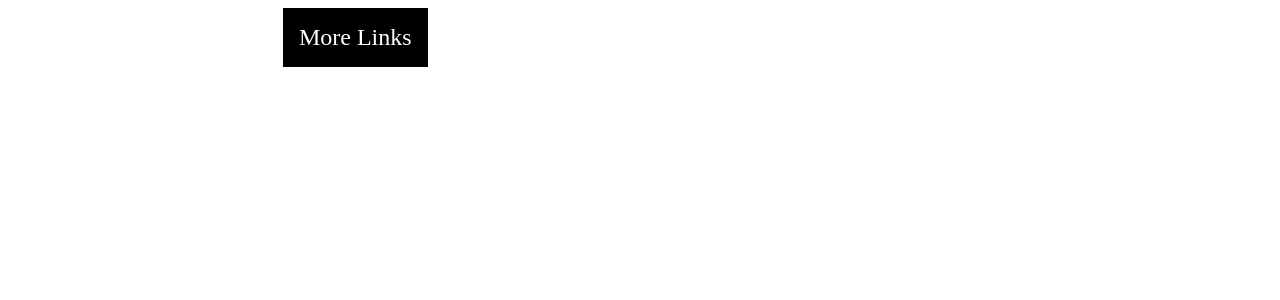
Repository: Artlepop/Artlepop.github.io
Page: index.html
The author's editor kept a record of every edit. The page is drawn from the files as they stood at one moment, then again after the next edit.
The browser window is 1280 px wide. The pictures show the whole page.

Above is the page before.

### index.html
<!DOCTYPE html>
<html>
  <head>

    <title>repl.it</title>

    <style>
      .navbar{
        background-color: black;
        width: 100%;
      }

      .navbar a{
        color: white;
        font-size: 24px;
        text-decoration: none;
        padding:16px;
        float:left;
      }

      .morelinks{
        color: White;
        font-size: 24px;
        text-decoration: none;
        padding:16px;
      }

      .navbar a:hover, .morelinks:hover{
        background-color: Purple;
      }

      .dropdown:hover .dropdown-content{
        display:block;
      }

      .dropdown-content{
        position: absolute;
        display: none;
      }

      .dropdown{
        background-color: Black;
        color: White;
        float: Left;
        text-decoration: none;
        font-size: 24px;
      }

      .dropdown a{
        background-color: Black;
        float: none;
        display: block;
      }



    </style>

  </head>
  <body>
    <div class="navbar">
      <a href="https://www.yahoo.com">Yahoo</a>
      <a href="https://www.google.com">Google</a>
      <a href="https://www.bing.com">Bing</a>
      <div class="dropdown">
        <div class="morelinks">More Links</div>
        <div class="dropdown-content">
          <a href="https://www.awseducate.com">AWS Educate</a>
          <a href="https://www.collegeboard.org">College Board</a>
        </div>
      </div>

    </div>

  </body>
</html>

After the next edit:
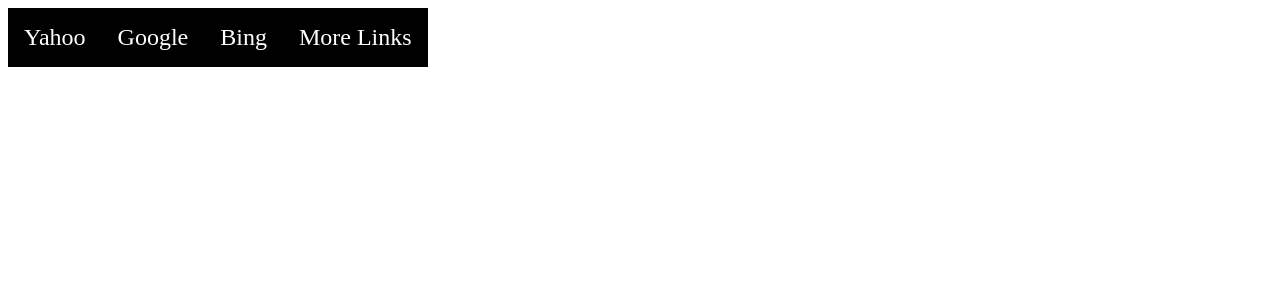
The edit:
--- a/index.html
+++ b/index.html
@@ -12,6 +12,7 @@
 
       .navbar a{
         color: white;
+        background-color: Black;
         font-size: 24px;
         text-decoration: none;
         padding:16px;
